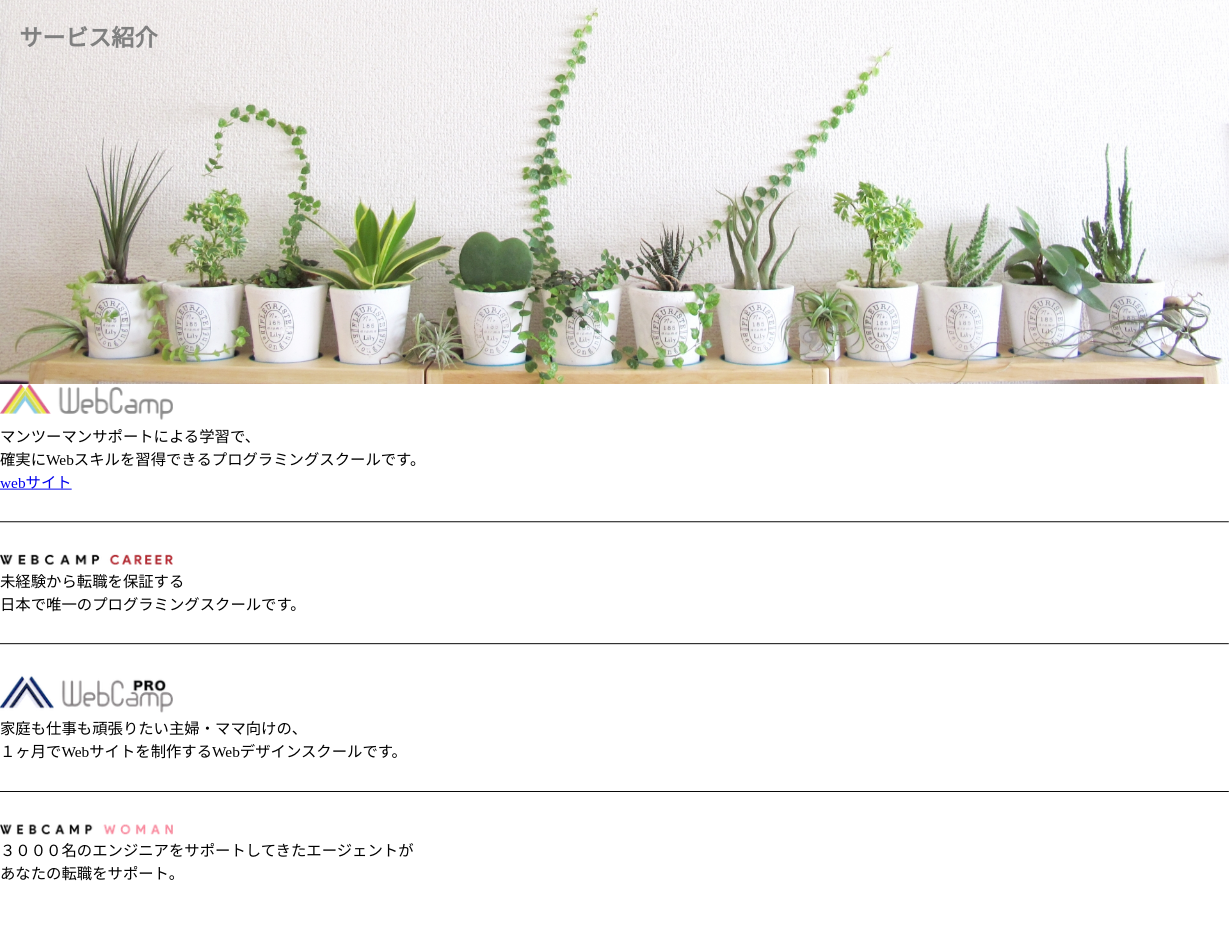
Repository: Yuki-Kawagoe/chapter4
Page: chapter7/index.html
The author's editor kept a record of every edit. The page is drawn from the files as they stood at one moment, then again after the next edit.
The browser window is 1280 px wide. The pictures show the whole page, at 96% of full size.

Above is the page before.

### chapter7/index.html
<!DOCTYPE html>
  <html lang="ja">

  <head>
    <meta charset="UTF-8" />
      <link rel="stylesheet" href="style.css" />
        <title>CHAPTER7</title>
  </head>

  <body>

  <section class="main-visual">
    <h1 class="headline">サービス紹介</h1>
      </section>


    <section class="content1">
      <img src="img/wc-logo.png"></img>
      <p>マンツーマンサポートによる学習で、</br>
      確実にWebスキルを習得できるプログラミングスクールです。</p>
        <a href="index.html">webサイト</a>

      </section>

    <section class="content2">
      <img src="img/wcc-logo.png"></img>
      <p>未経験から転職を保証する</br>
      日本で唯一のプログラミングスクールです。</p>


      </section>

    <section class="content3">
      <img src="img/wcp-logo.png"></img>
      <p>家庭も仕事も頑張りたい主婦・ママ向けの、</br>
        １ヶ月でWebサイトを制作するWebデザインスクールです。</p>

      </section>

    <section class="content4">
      <img src="img/wcw-logo.png"></img>
      <p>３０００名のエンジニアをサポートしてきたエージェントが</br>
      あなたの転職をサポート。</p>
      </section>


  </body>


  </html>

### chapter7/style.css
* {
  margin: 0px;
  padding: 0px;
  box-sizing: border-box;
}


.main-visual {
  width: 100%;
  height: 400px;
  background-image: url(img/mv.jpg);
  background-position: bottom;
  background-size: cover;
}

h1 {
  padding: 20px;
  color: grey;
}

.main-content {
  width: 840px;
  margin:50px auto;
}

.content1 {
  padding-bottom: 30px;
  border-bottom: 1px solid black;
}

.content2 {
  margin:30px auto;
  padding-bottom: 30px;
  border-bottom: 1px solid black;
}

.content3 {
  margin :30px auto;
  padding-bottom: 30px;
  border-bottom: 1px solid black;
}


.content4 {
  margin-bottom: 50px;
}

After the next edit:
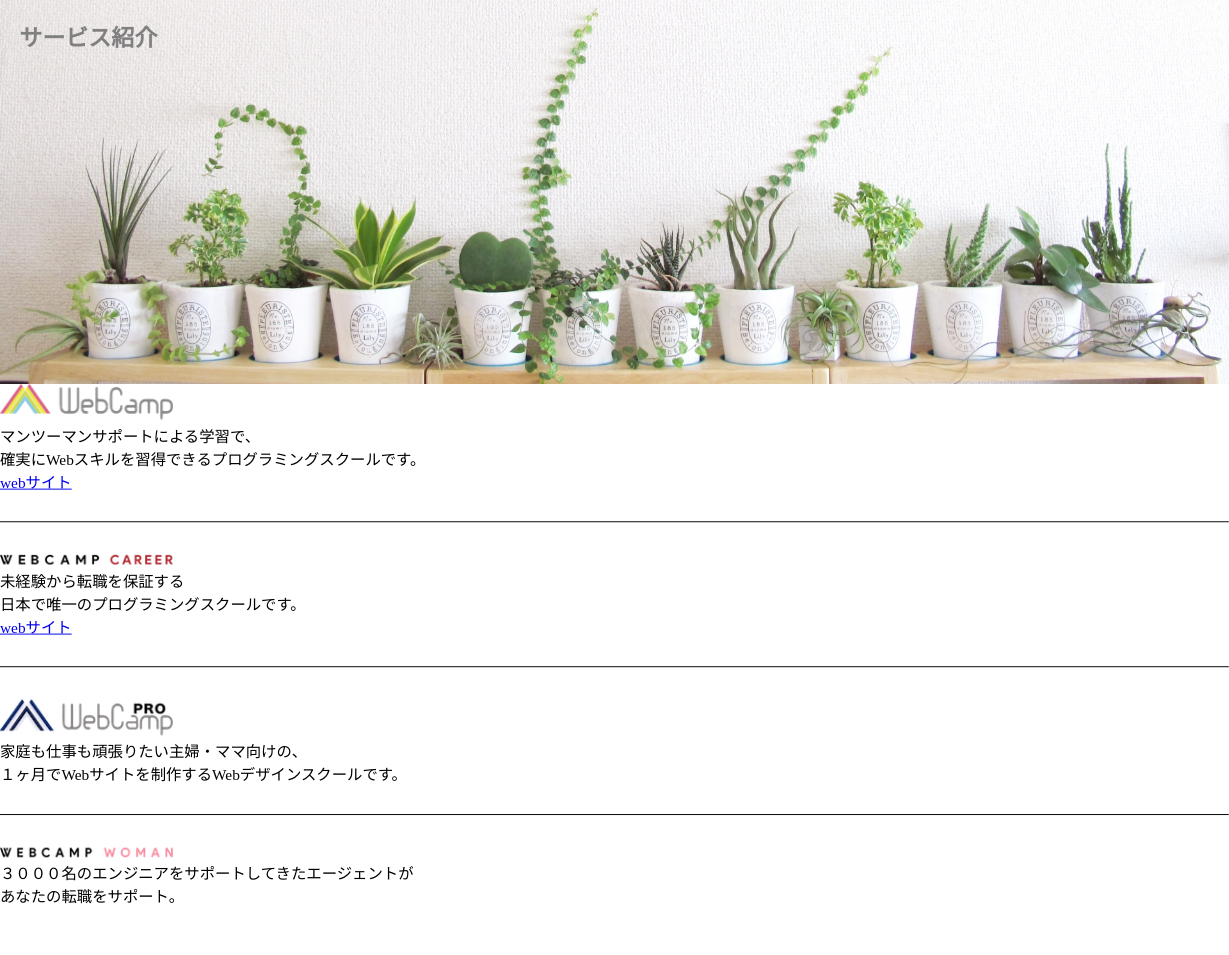
The edit:
--- a/chapter7/index.html
+++ b/chapter7/index.html
@@ -26,7 +26,7 @@
       <img src="img/wcc-logo.png"></img>
       <p>未経験から転職を保証する</br>
       日本で唯一のプログラミングスクールです。</p>
-
+        <a href="index.html">webサイト</a>
 
       </section>
 
